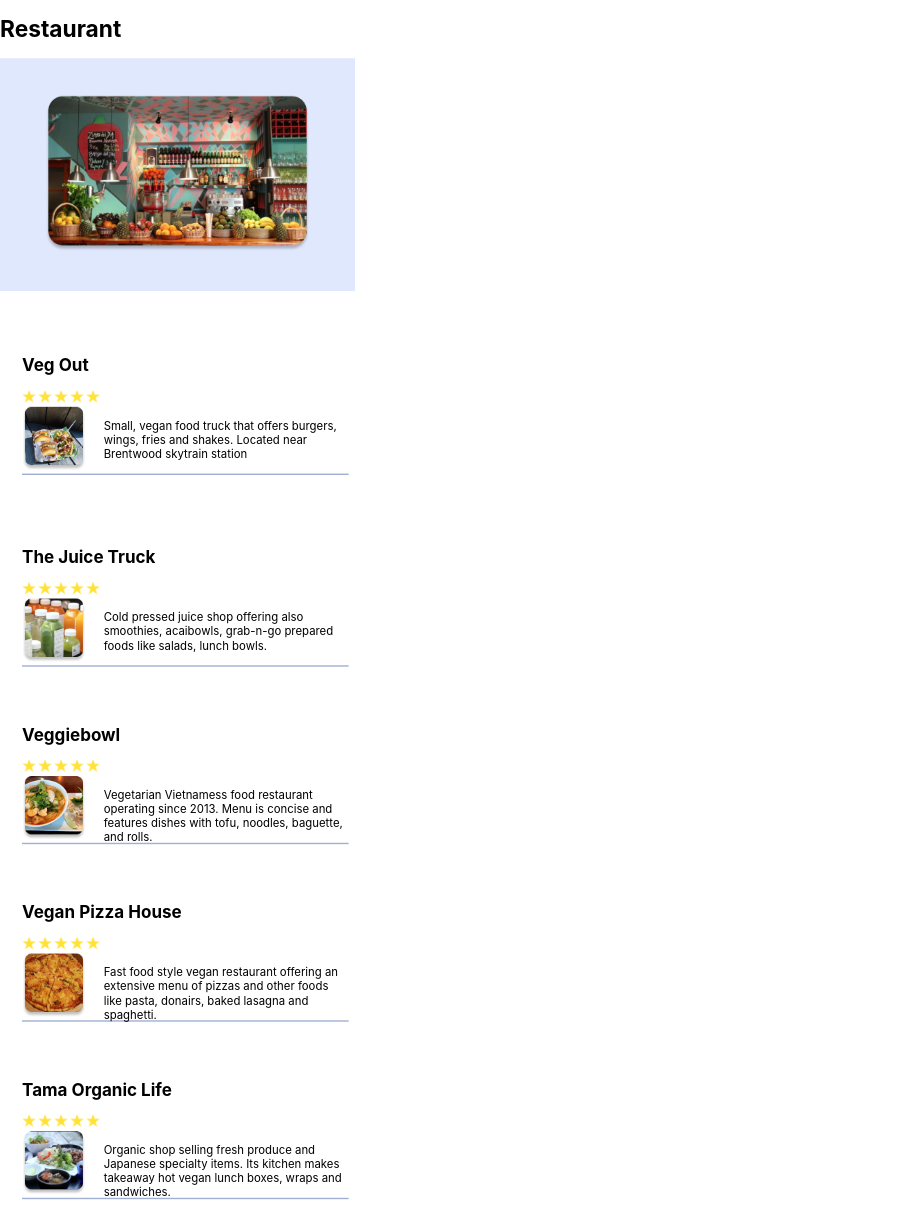
Repository: Kinakopan/design_mindfulEating_site
Page: /restaurant (app in firstapp/)
The author's editor kept a copy of each file at every save. The page is drawn from the files as they stood at one save, then again after the next save.
The browser window is 1280 px wide. The pictures show the whole page, at 71% of full size.
The project was rebuilt for these pictures with package versions that can differ from the ones it lists, and the page was loaded fresh each time. The framework's server and built-in components were replaced by stand-ins that run in the browser. Also part of the build but not shown: firstapp/next.config.js.

Above is the page before, as saved 2022-04-21 10:59:23.

### firstapp/pages/restaurant.js
import ImgCard from "../comps/ImgCard";
import RestaurantCard from "../comps/RestaurantCard";



export default function Restaurant(){

    return (
    <div>
        <h1>Restaurant</h1>

        <ImgCard
        img="/restaurant.png"
        bg="#E0E8FD"/>


    <main>
        <RestaurantCard>
        </RestaurantCard>
        <br></br>

        <RestaurantCard
            img="/juice truck.png"
            h2="The Juice Truck"
            txt="Cold pressed juice shop offering also smoothies, acaibowls, grab-n-go prepared foods like salads, lunch bowls."
        ></RestaurantCard>

        <RestaurantCard
            img="/veggie bowl.png"
            h2="Veggiebowl"
            txt="Vegetarian Vietnamess food restaurant operating since 2013. Menu is concise and features dishes with tofu, noodles, baguette, and rolls."
        ></RestaurantCard>

         <RestaurantCard
            img="/vegan pizza.png"
            h2="Vegan Pizza House"
            txt="Fast food style vegan restaurant offering an extensive menu of pizzas and other foods like pasta, donairs, baked lasagna and spaghetti."
        ></RestaurantCard>

        <RestaurantCard
            img="/Tama img.png"
            h2="Tama Organic Life"
            txt="Organic shop selling fresh produce and Japanese specialty items. Its kitchen makes takeaway hot vegan lunch boxes, wraps and sandwiches."
        ></RestaurantCard>


    </main>
    </div>

    )
}

### firstapp/comps/ImgCard.js
import { Children } from 'react';
import styled from 'styled-components';

const CardCont = styled.div`
    background-color: ${props=>props.cl};
    color: ${props=>props.text_cl};
    min-width: 375px;
    max-width: 500px;
    padding: 1em 3em 1em 3em;
    border-radius: ${props=>props.border_radius};
    margin: ${props=>props.margin};
`;

const DispImage = styled.img`
    width: 100%;
    padding: 1em;
    margin: ${props=>props.image_margin};
`;

const List = styled.div`
    text-align: right;
`;

export default function ImgCard({
    img="/food1.png",
    bg="#E0E8FD",
    tcl="#08213E",
    title="",
    txt="",
    bor="",
    mar="",
    n1,n2,n3,n4="",
    marg="",
    Children=null

}){

    return <CardCont cl={bg} text_cl={tcl} border_radius={bor} margin={mar}>
        <h1>{title}</h1>
        <DispImage src={img} image_margin={marg}/>
        <br/>
        <List>
            <h2>{n1}</h2>
            <h2>{n2}</h2>
            <h2>{n3}</h2>
            <h2>{n4}</h2>
        </List>
        <p>{txt}</p>
        {Children}

    </CardCont>
}

### firstapp/comps/RestaurantCard.js

import styled from 'styled-components';


const ReCont = styled.div`
background-color:white;
width:500px;
position:relative;
height: 250px;
top:50px;
left: 1px;
padding: 20px 10px 10px 30px;
`
;

const ReImg = styled.img`
width:90px;



`;


const Text = styled.p`
float:right;
width:75%;
font-size: 16px;
text-align: left;
margin: 3 3 3 3;

`
;


const ResItem = styled.div`
border-bottom:2px solid #A2b0d3;
`
;

const Title = styled.h2`
width:250px;

`
;

const Button = styled.img`
top:100px;
background-color:"red";
height:20px;
`


export default function RestaurantCard({
    img="/veg out.png",
    bg="#E0E8FD",
    h2="Veg Out",
    txt="Small, vegan food truck that offers burgers, wings, fries and shakes. Located near Brentwood skytrain station",


}){

    return <ReCont
    cl={bg} txt={txt}>
    <Title>{h2}</Title>
    <Button img src="/start rating.png"></Button>
    <ResItem>

        <ReImg src={img}></ReImg>

        <Text>{txt}</Text>


    </ResItem>


    </ReCont>

}


//export default function RestaurantCard(){
    //return(
   //     <img src="/veg out.png" />
   // )

//}

Loaded but not shown: firstapp/pages/_app.js (common file); firstapp/styles/globals.css (common file)

After the next save:
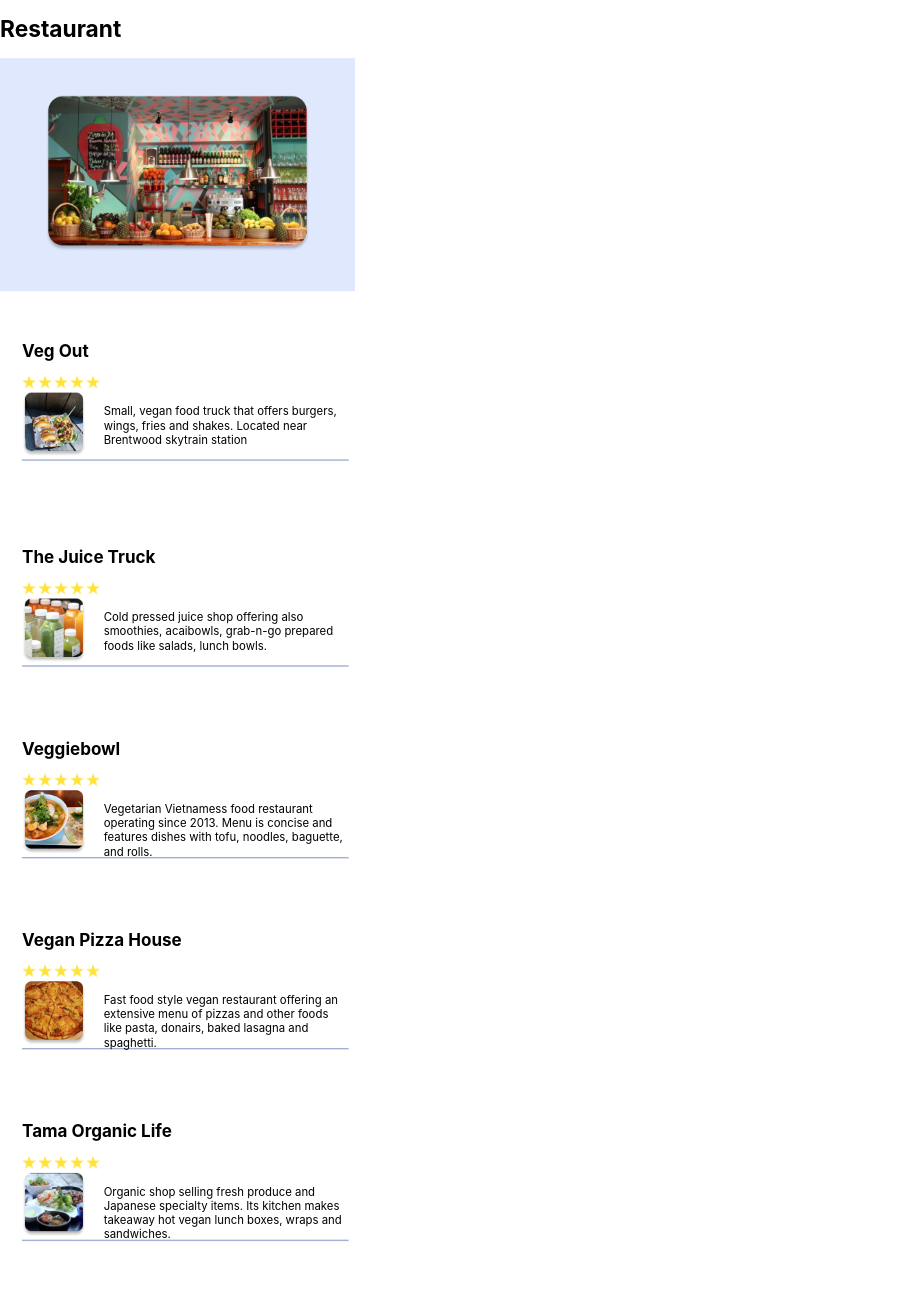
Saved 4 s later.
--- a/firstapp/comps/RestaurantCard.js
+++ b/firstapp/comps/RestaurantCard.js
@@ -9,7 +9,7 @@ position:relative;
 height: 250px;
 top:50px;
 left: 1px;
-padding: 20px 10px 10px 30px;
+padding: 0px 10px 10px 30px;
 `
 ;
 
